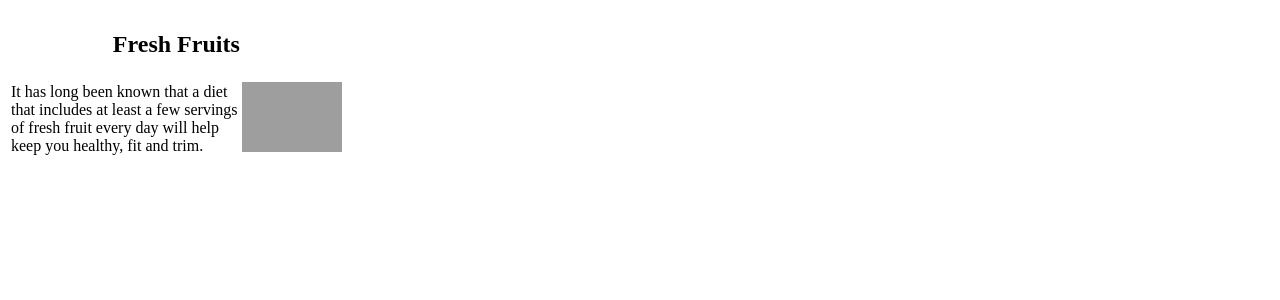
Repository: Helianthusss/Learn-CPP
Page: HTML/lap2/bai1.html
These files come from the project's save history. The page is drawn as it stood at one moment and after the next save; the edit follows.
The browser window is 1280 px wide. The pictures show the whole page.
Pictures or frames that could not be fetched are drawn as grey boxes.

Above is the page before, as saved 2021-09-22 10:31:08.

After the next save:
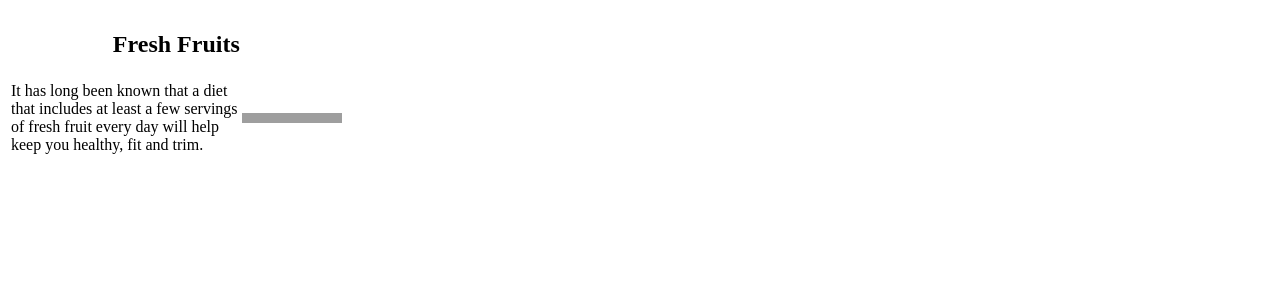
Saved 4 s later.
--- a/HTML/lap2/bai1.html
+++ b/HTML/lap2/bai1.html
@@ -24,7 +24,7 @@
             src="https://img.lovepik.com/element/40111/3411.png_860.png"
             alt="Fruits"
             width="100"
-            height="70"
+            height="10"
           />
         </td>
       </tr>
